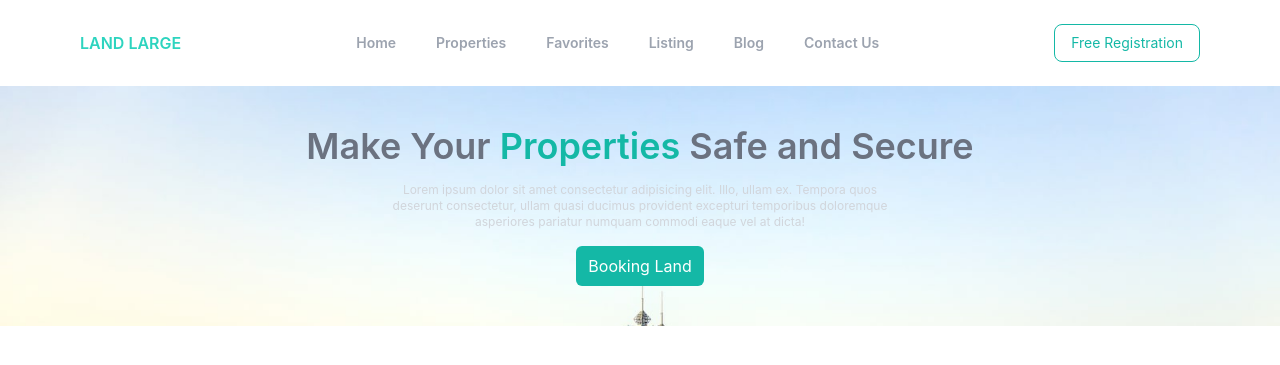
Repository: MuniruIssah/realestate
Page: /
The author's editor kept a copy of each file at every save. The page is drawn from the files as they stood at one save, then again after the next save.
The browser window is 1280 px wide. The pictures show the whole page.
The project was rebuilt for these pictures with package versions that can differ from the ones it lists, and the page was loaded fresh each time. Also part of the build but not shown: src/App.css.

Above is the page before, as saved 2022-02-19 22:03:29.

### src/App.js
import logo from './logo.svg';
import './App.css';
import Header from './components/Header';
import Jumbotron from './components/Jumbotron';

function App() {
  return (
    <div className="h-screen">
      <Header/>
      <Jumbotron/>

    </div>
  );
}

export default App;

### src/components/Header.js
import React from "react";
const links = [
  "Home",
  "Properties",
  "Favorites",
  "Listing",
  "Blog",
  "Contact Us",
];
const Header = () => {
  return (
    <div className="flex justify-between items-center px-3 lg:px-20 py-6">
      <span className="uppercase text-teal-400  font-semibold">land large</span>
      <div className="hidden lg:flex space-x-10 items-center">
        {links.map((link, index) => (
          <LinkItem key={index} name={link} />
        ))}
      </div>
      <button className="text-teal-500 border border-teal-500 rounded rounded-lg py-2 px-4 text-sm">
          Free Registration
      </button>
    </div>
  );
};

export default Header;

const LinkItem = ({ name }) => {
  return (
    <a href="#" className="text-gray-400 hover:text-teal-500 font-semibold text-sm">
      {name}
    </a>
  );
};

### src/components/Jumbotron.js
import React from "react";
import building from "../assets/building_cloud.jpg";
const Jumbotron = () => {
  return (
    <div
      style={{ backgroundImage: `url(${building})` }}
      className="h-1/3 flex flex-col justify-center items-center space-y-4 w-full  bg-no-repeat bg-cover"
    >
      <span className="lg:text-4xl text-gray-500 text-center font-semibold">
        Make Your <span className="text-teal-500">Properties</span> Safe and
        Secure
      </span>
      <p className="text-gray-300 text-xs text-center max-w-lg">
        Lorem ipsum dolor sit amet consectetur adipisicing elit. Illo, ullam ex.
        Tempora quos deserunt consectetur, ullam quasi ducimus provident
        excepturi temporibus doloremque asperiores pariatur numquam commodi
        eaque vel at dicta!
      </p>
      <button className="text-white bg-teal-500 py-2 px-3 rounded rounded-md">
          Booking Land
      </button>
    </div>
  );
};

export default Jumbotron;

Loaded but not shown: public/index.html (common file); src/index.js (common file); src/index.css (common file); src/reportWebVitals.js (common file); tailwind.config.js (common file)

After the next save:
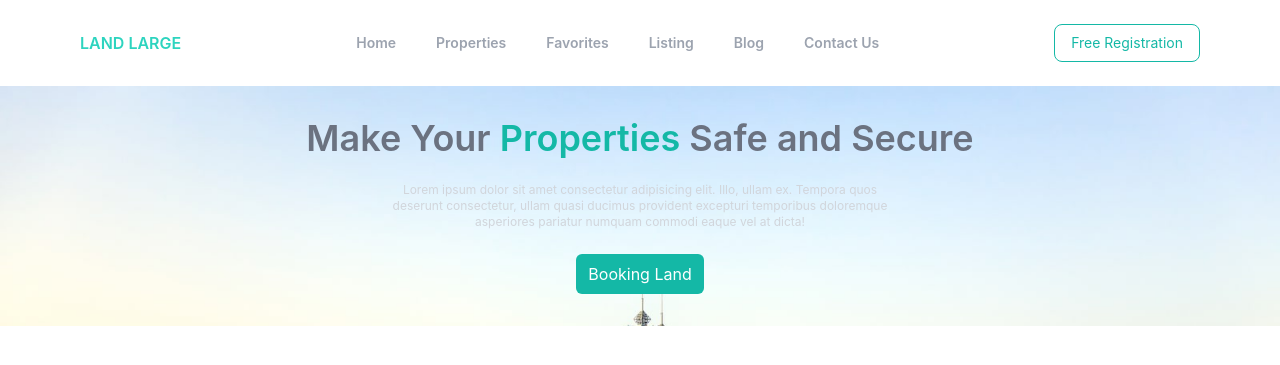
Saved 8 s later.
--- a/src/components/Jumbotron.js
+++ b/src/components/Jumbotron.js
@@ -4,7 +4,7 @@ const Jumbotron = () => {
   return (
     <div
       style={{ backgroundImage: `url(${building})` }}
-      className="h-1/3 flex flex-col justify-center items-center space-y-4 w-full  bg-no-repeat bg-cover"
+      className="h-1/3 flex flex-col justify-center items-center space-y-6 w-full  bg-no-repeat bg-cover"
     >
       <span className="lg:text-4xl text-gray-500 text-center font-semibold">
         Make Your <span className="text-teal-500">Properties</span> Safe and
